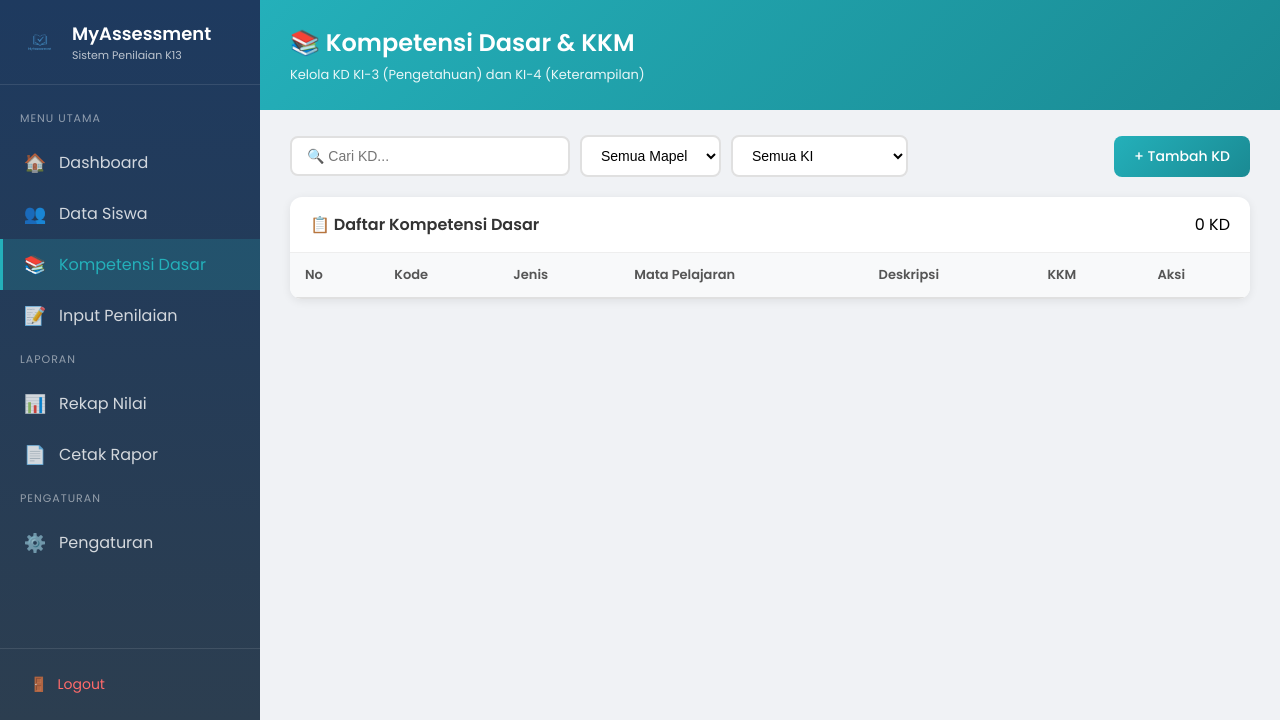
Repository: Ws529/MyAssassment_Final
Page: MyAssessment/wwwroot/kompetensi.html
These files come from the project's save history. The page is drawn as it stood at one moment and after the next save; the edit follows.
The browser window is 1280 px wide. The pictures show the whole page.
The page's requests for data from a server got no answer.

Above is the page before, as saved 2026-01-01 15:53:26.

After the next save:
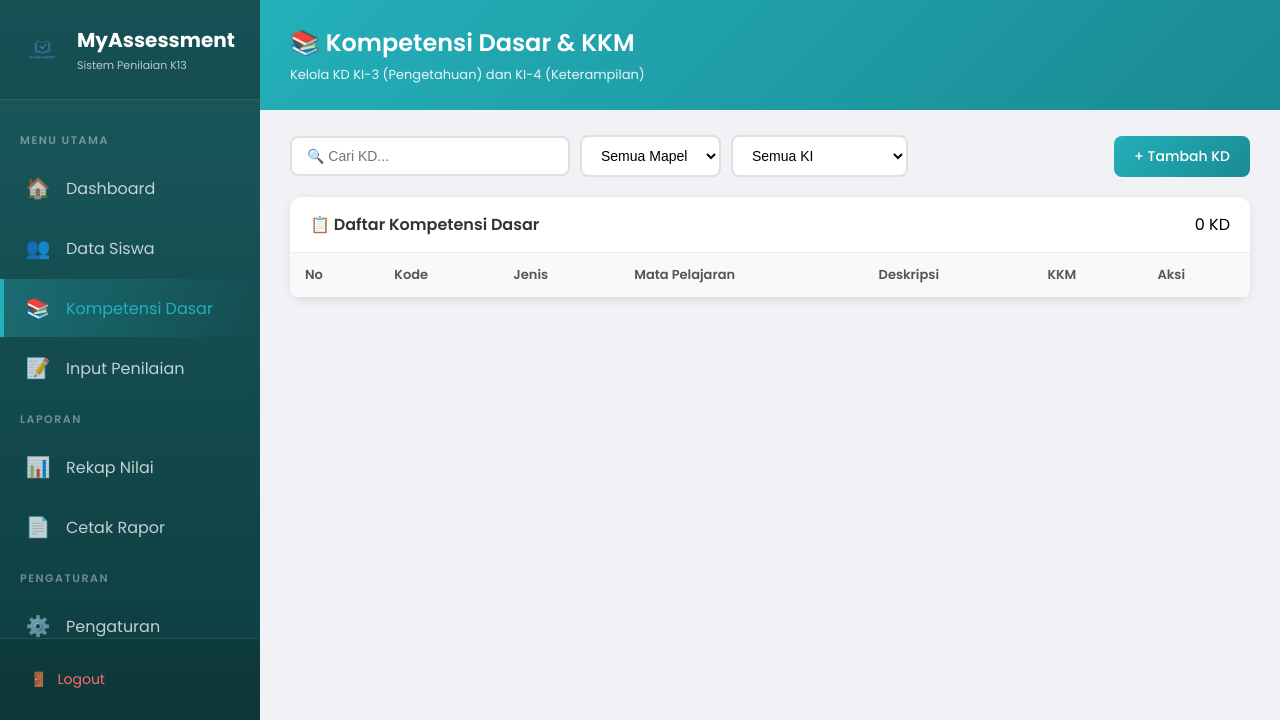
Saved 38 s later.
--- a/MyAssessment/wwwroot/kompetensi.html
+++ b/MyAssessment/wwwroot/kompetensi.html
@@ -10,19 +10,19 @@
         body { font-family: 'Poppins', sans-serif; background: #f0f2f5; }
         .app-container { display: flex; min-height: 100vh; }
 
-        /* Sidebar */
-        .sidebar { width: 260px; background: linear-gradient(180deg, #1e3a5f 0%, #2c3e50 100%); color: white; position: fixed; height: 100vh; overflow-y: auto; z-index: 100; }
-        .sidebar-header { padding: 20px; display: flex; align-items: center; gap: 12px; border-bottom: 1px solid rgba(255,255,255,0.1); }
-        .sidebar-header img { width: 40px; height: 40px; }
-        .sidebar-header h2 { font-size: 18px; font-weight: 600; }
-        .sidebar-header span { font-size: 11px; opacity: 0.7; display: block; }
-        .sidebar-menu { padding: 15px 0; }
-        .menu-label { padding: 10px 20px; font-size: 11px; text-transform: uppercase; opacity: 0.5; letter-spacing: 1px; }
-        .menu-item { display: flex; align-items: center; gap: 12px; padding: 12px 20px; color: rgba(255,255,255,0.8); text-decoration: none; transition: all 0.3s; border-left: 3px solid transparent; }
-        .menu-item:hover { background: rgba(255,255,255,0.1); color: white; }
-        .menu-item.active { background: rgba(36, 176, 186, 0.2); border-left-color: #24b0ba; color: #24b0ba; }
-        .menu-item .icon { font-size: 18px; width: 24px; text-align: center; }
-        .sidebar-footer { position: absolute; bottom: 0; width: 100%; padding: 15px 20px; border-top: 1px solid rgba(255,255,255,0.1); }
+        /* Sidebar - Teal Theme */
+        .sidebar { width: 260px; background: linear-gradient(180deg, #1a5a5e 0%, #0d3d40 100%); color: white; position: fixed; height: 100vh; overflow-y: auto; z-index: 100; }
+        .sidebar-header { padding: 25px 20px; display: flex; align-items: center; gap: 12px; border-bottom: 1px solid rgba(255,255,255,0.1); background: rgba(0,0,0,0.1); }
+        .sidebar-header img { width: 45px; height: 45px; border-radius: 10px; }
+        .sidebar-header h2 { font-size: 20px; font-weight: 700; }
+        .sidebar-header span { font-size: 11px; opacity: 0.7; display: block; margin-top: 2px; }
+        .sidebar-menu { padding: 20px 0; }
+        .menu-label { padding: 12px 20px 8px; font-size: 11px; text-transform: uppercase; color: rgba(255,255,255,0.4); letter-spacing: 1.5px; font-weight: 600; }
+        .menu-item { display: flex; align-items: center; gap: 14px; padding: 14px 20px; color: rgba(255,255,255,0.75); text-decoration: none; transition: all 0.3s; border-left: 4px solid transparent; margin: 2px 0; }
+        .menu-item:hover { background: rgba(36, 176, 186, 0.15); color: white; border-left-color: rgba(36, 176, 186, 0.5); }
+        .menu-item.active { background: linear-gradient(90deg, rgba(36, 176, 186, 0.3) 0%, transparent 100%); border-left-color: #24b0ba; color: #24b0ba; }
+        .menu-item .icon { font-size: 20px; width: 28px; text-align: center; }
+        .sidebar-footer { position: absolute; bottom: 0; width: 100%; padding: 20px; border-top: 1px solid rgba(255,255,255,0.1); background: rgba(0,0,0,0.1); }
         .logout-btn { display: flex; align-items: center; gap: 10px; color: #ff6b6b; text-decoration: none; font-size: 14px; padding: 10px; border-radius: 8px; transition: background 0.3s; }
         .logout-btn:hover { background: rgba(255,107,107,0.1); }
 
